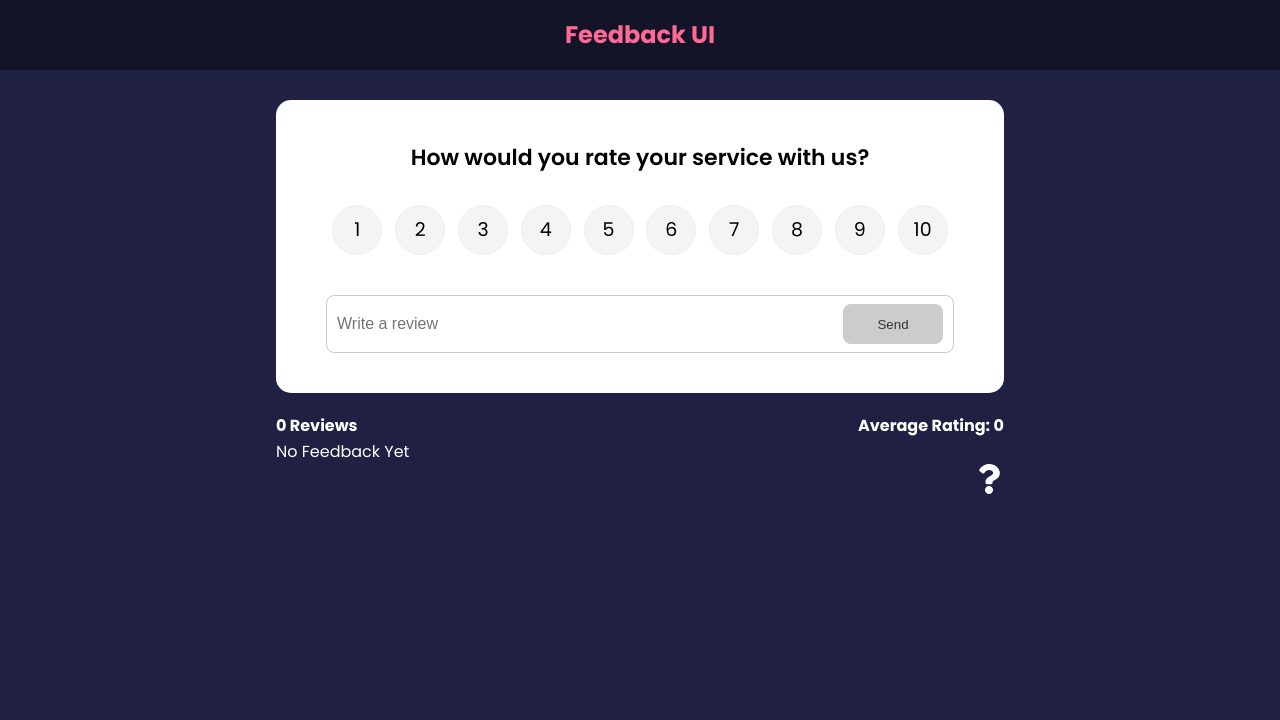
Repository: minhtien9/Feedback_App
Page: /
The author's editor kept a copy of each file at every save. The page is drawn from the files as they stood at one save, then again after a run of saves.
The browser window is 1280 px wide. The pictures show the whole page.
The project was rebuilt for these pictures with package versions that can differ from the ones it lists, and the page was loaded fresh each time. Requests to the local data server were answered from the project's data file. Also part of the build but not shown: src/pages/AboutPage.jsx.

Above is the page before, as saved 2022-02-19 17:56:26.

After the next 2 saves:
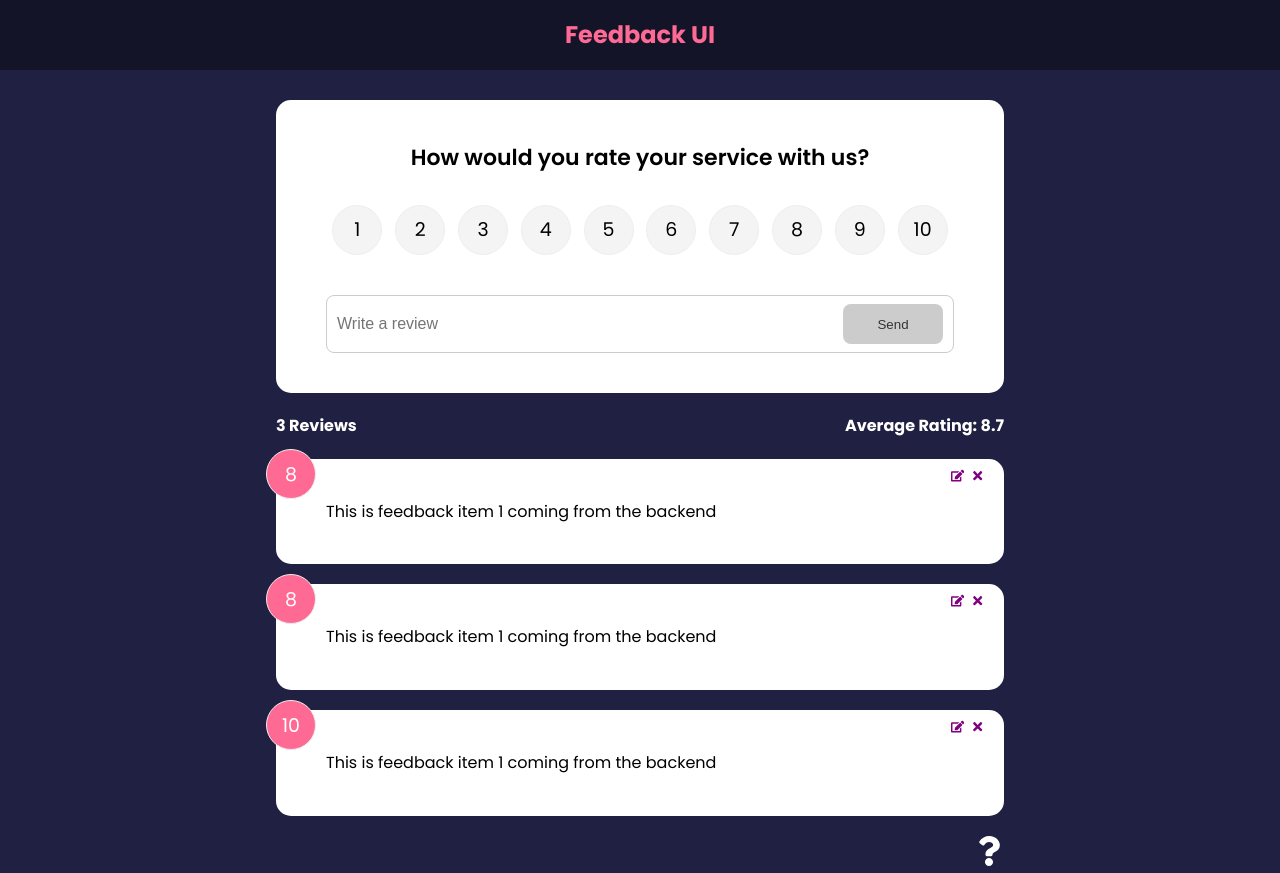
The 2 saves are shown as one change because they came seconds apart.
The last was saved 9 s later.
--- a/src/context/FeedbackContext.js
+++ b/src/context/FeedbackContext.js
@@ -6,7 +6,9 @@ const FeedbackContext = createContext()
 export const FeedbackProvider = ({ children }) => {
     const [feedback, setFeedback] = useState([])
 
-    useEffect(() => {}, [])
+    useEffect(() => {
+        fetchFeedback()
+    }, [])
 
     // Fetch feedback
     const fetchFeedback = async () => {
